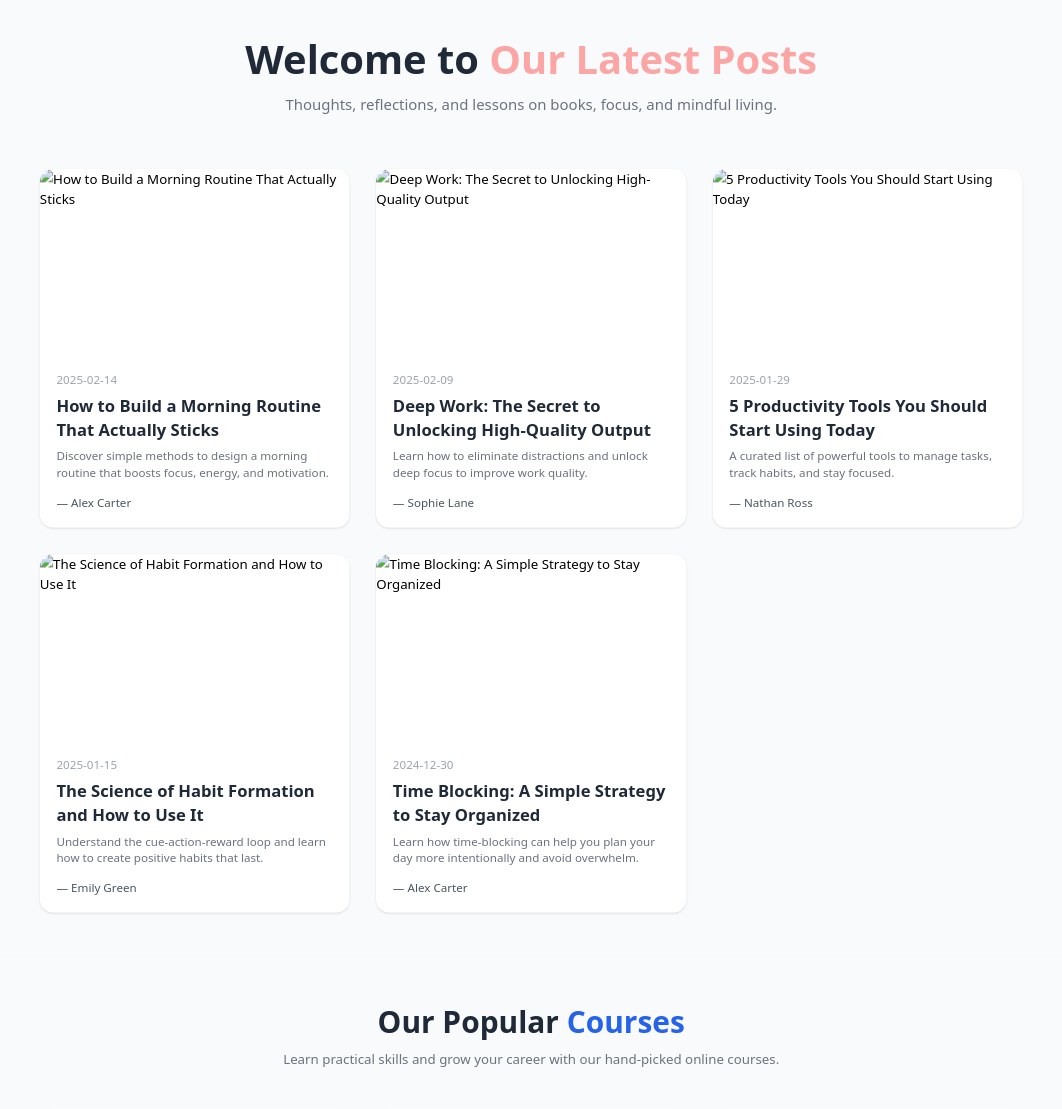
Repository: nazifat/portevalobashi
Page: /
These files come from the project's save history. The page is drawn as it stood at one moment and after the next save; the edit follows.
The browser window is 1280 px wide. The pictures show the part of the page from y = 872 to 2208 px (the page is 4009 px tall), at 83% of full size.
Pictures or frames that could not be fetched are drawn as grey boxes. The project was rebuilt for these pictures with package versions that can differ from the ones it lists, and the page was loaded fresh each time. Also part of the build but not shown: vite.config.js, src/Pages/ErrorPage/ErrorPage.jsx, src/Pages/Login/Login.jsx, src/Pages/Registration/Registration.jsx, src/Pages/Courses/Courses.jsx.

Above is the page before, as saved 2025-11-08 20:05:34.

After the next save:
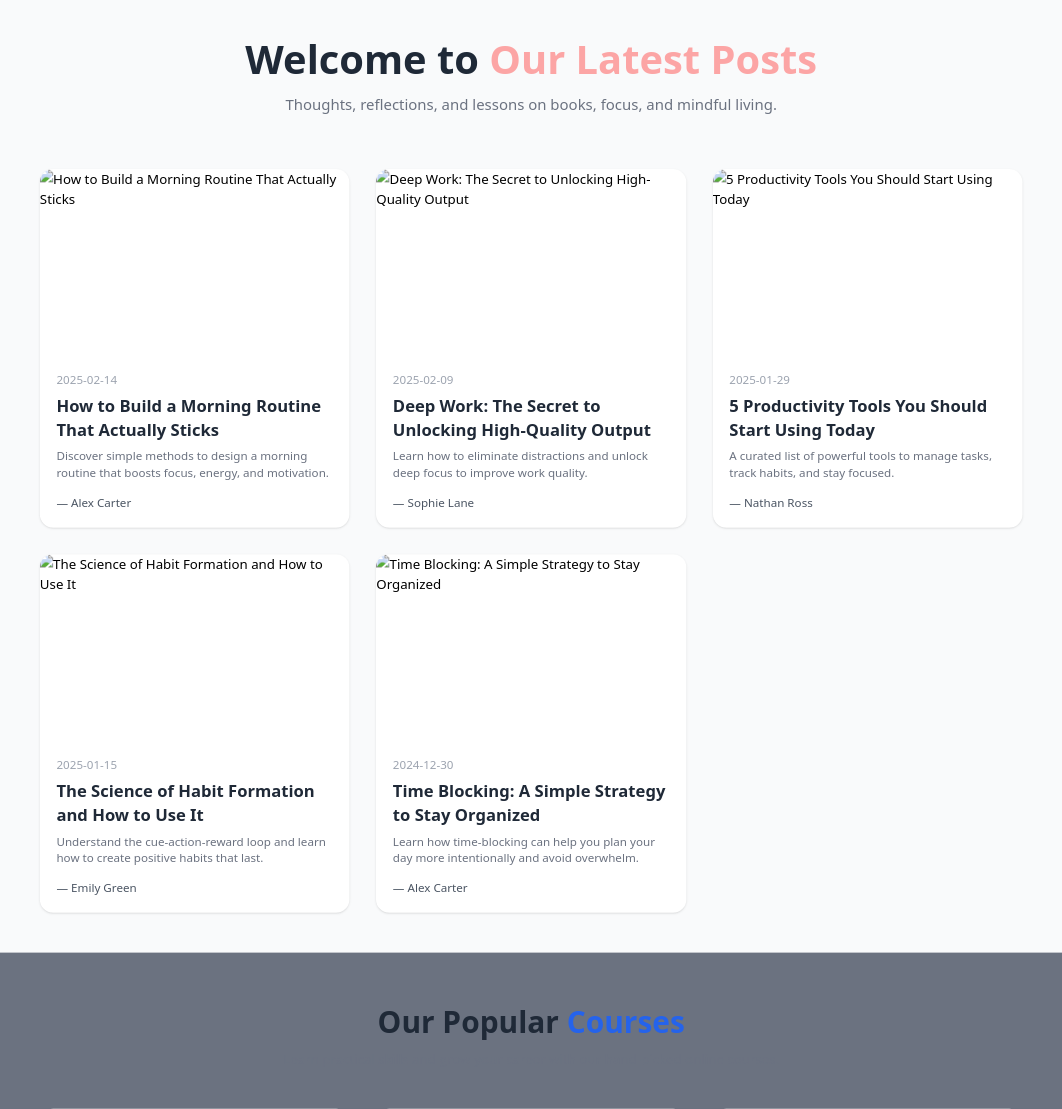
Saved 3 min 52 s later.
--- a/src/Pages/Home/CourseSection/CourseSection.jsx
+++ b/src/Pages/Home/CourseSection/CourseSection.jsx
@@ -48,7 +48,7 @@ const courses = [
 
 const CourseSection = () => {
   return (
-    <div className="bg-gray-50 py-16 px-6 md:px-12">
+    <div className="bg-gray-500 py-16 px-6 md:px-12">
       {/* Heading */}
       <div className="text-center mb-12">
         <h2 className="text-4xl font-bold text-gray-800 mb-3">
